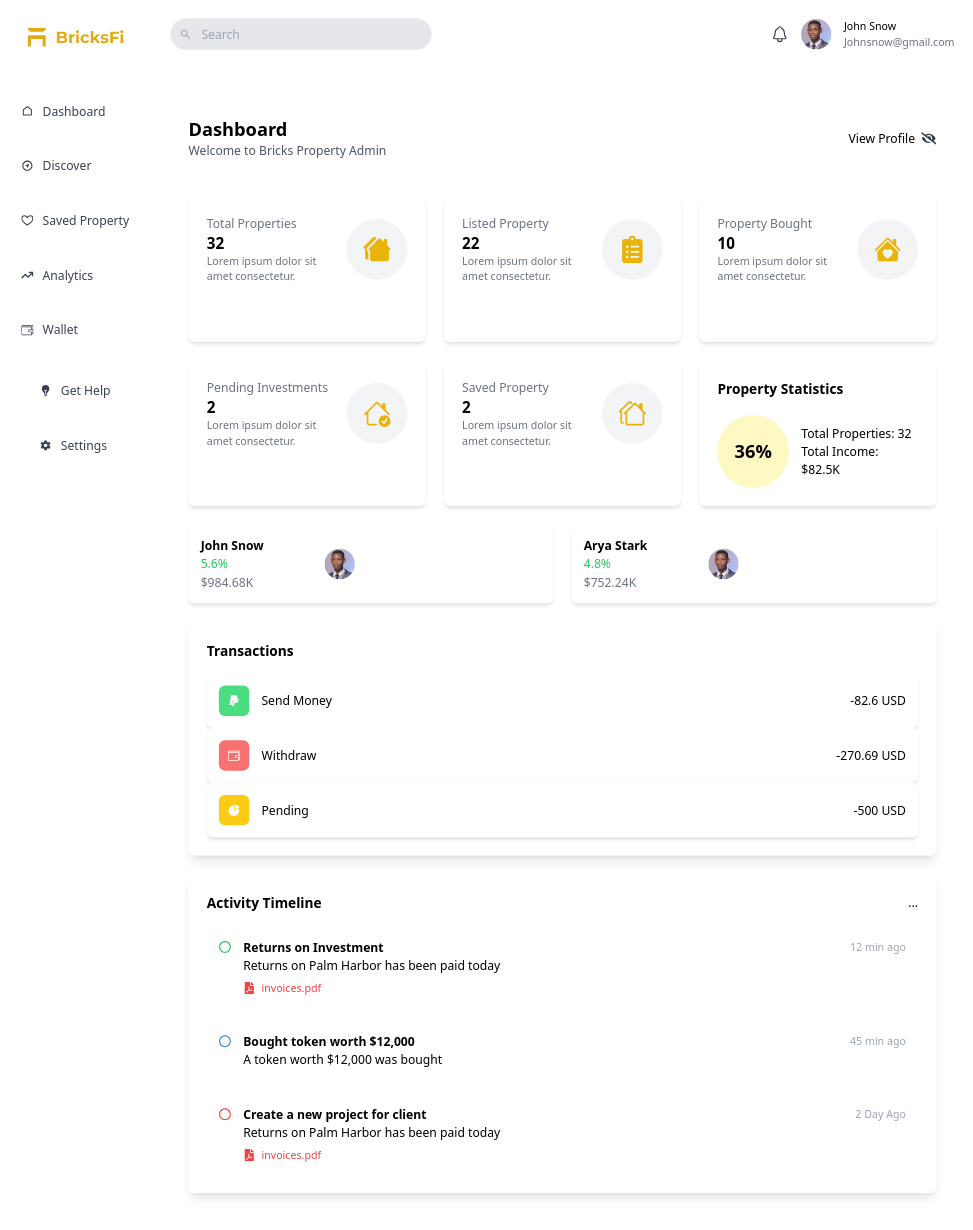
Repository: AyomideAkintade/BricksFi-Frontend
Page: /dashboard (app in client/)
These files come from the project's save history. The page is drawn as it stood at one moment and after the next save; the edit follows.
The browser window is 1280 px wide. The pictures show the whole page, at 76% of full size.
The page's requests for data from a server got no answer. The project was rebuilt for these pictures with package versions that can differ from the ones it lists, and the page was loaded fresh each time. No one was signed in, and anything a server would have sent is missing. Also part of the build but not shown: client/src/components/navbar.jsx, client/src/components/home.jsx, client/src/components/homeSecond.jsx, client/src/components/homeThird.jsx, client/src/components/homeFifth.jsx, client/src/components/homeSixth.jsx, client/src/components/homeSeventh.jsx, client/src/api/base.js and 11 more.

Above is the page before, as saved 2024-10-04 23:11:40.

### client/src/index.css
@import "tailwindcss/base";
@import "tailwindcss/components";
@import "tailwindcss/utilities";


@font-face {
  font-family: Poppins;
  src: url(/src/assets/fonts/Poppins-Regular.ttf) format("truetype"), url(/src/assets/fonts/Poppins-Bold.ttf) format("truetype"), url(/src/assets/fonts/Poppins-Medium.ttf) format("truetype");

}

### client/src/App.js
import { BrowserRouter as Router, Route, Routes } from "react-router-dom";
import Home from "./pages/homePage";
import HomeFourth from "./components/login.jsx";
import HomeEight from "./components/signup.jsx";
import ForgotPasswordPage from "./components/forgotPassword.jsx";
import DashboardLayout from "./pages/dashboardLayout";
import DashboardPage from "./pages/dashboard.jsx";
import PieAnalytics from "./components/analytics.jsx";
import Discover from "./components/discover.jsx";
import SavedPropertyPage from "./components/savedProperties.jsx";
import { ToastContainer } from "react-toastify";
import 'react-toastify/dist/ReactToastify.css';
import { useEffect, useState } from "react";
import { BrCookies } from "./utils/storage/cookies.js";
// import DiscoverPage from "./pages/discover.jsx";
// import SavedPropertyPage from "./pages/savedProperty.jsx";

function App() {

  const [ loggedIn, setLoggedIn ] = useState(false);
  const [ isLoading, setLoading ] = useState(true);

  useEffect(()=>{
    const ck = new BrCookies(document);
    ck.getCookie('authToken')
      .then((value) => {
        setLoggedIn(true);
        setLoading(false);
      })
      .catch((e) => {
        setLoading(false);
        // this.setState({ isLoading: false }); // Set loading to false even if there is an error
      });
  }, [])
  if (isLoading) {
    return <div></div>;
  }

  return (
    <div>
      <ToastContainer limit={5} />
      {loggedIn ?
      <Router>
        <Routes>
          <Route path="*" element={<DashboardLayout />}>
            <Route index element={<DashboardPage />} />
          </Route>
          <Route path="/dashboard" element={<DashboardLayout />}>
            <Route index element={<DashboardPage />} />
            <Route path="discover" element={<Discover/>} />
            <Route path="saved-property" element={<SavedPropertyPage/>} />
            <Route path="analytics" element={<PieAnalytics />} />
          </Route>
        </Routes>
      </Router>
      :
      <Router>
        <Routes>
          {/* Public Routes */}
          <Route path="/" element={<Home />} />
          <Route path="/login" element={<HomeFourth />} />
          <Route path="/signup" element={<HomeEight />} />
          <Route path="/forgot-password" element={<ForgotPasswordPage />} />

          {/* Dashboard Routes with Sidebar and Header */}
          <Route path="/dashboard" element={<DashboardLayout />}>
            <Route index element={<DashboardPage />} />
            <Route path="discover" element={<Discover/>} />
            <Route path="saved-property" element={<SavedPropertyPage/>} />
            <Route path="analytics" element={<PieAnalytics />} />
          </Route>
        </Routes>
      </Router>
      }
    </div>
  );
}

export default App;

### client/src/pages/dashboardLayout.jsx
import React from 'react';
import Sidebar from '../components/sidebar';
import Header from '../components/header';
import { Outlet } from 'react-router-dom';

const DashboardLayout = () => {
  return (
    <div className="flex">
      {/* Sidebar */}
      <Sidebar />

      <div className="flex-1 ml-[200px]">
        {/* Header */}
        <Header />

        <div className="p-6 pt-10">
          {/* Outlet will render the child routes here */}
          <Outlet />
        </div>
      </div>
    </div>
  );
};

export default DashboardLayout;

### client/src/pages/dashboard.jsx
import React from 'react';
import DashboardStats from '../components/statCard';
import TopInvestors from '../components/investorCard';
import Transactions from '../components/transaction';
import ActivityTimeline from '../components/activity';
import { FaEyeSlash } from 'react-icons/fa'; // Make sure to import the icon

const Dashboard = () => {
  return (
    <div className="flex flex-col">
      <div className="flex justify-between p-6">
        <div>
          <h2 className="text-2xl font-semibold">Dashboard</h2>
          <p className="text-gray-600">Welcome to Bricks Property Admin</p>
        </div>
        <div className="flex items-center space-x-2">
          <span>View Profile</span>
          <FaEyeSlash className="text-gray-700 text-xl" />
        </div>
      </div>
      <div className="p-6">
        {/* Dashboard Stats */}
        <DashboardStats />

        {/* Top Investors and Property Stats */}
        <div className=" mt-6">
          <TopInvestors />

        </div>

        {/* Transactions Section */}
        <div className="mt-6">
          <Transactions />
        </div>

        {/* Activity Timeline */}
        <div className="mt-6">
          <ActivityTimeline />
        </div>
      </div>
    </div>
  );
};

export default Dashboard;

### client/src/utils/storage/cookies.js

// eslint-disable-next-line no-unused-vars
class BrCookies {

    constructor(document) {
        this.document = document || (typeof document !== "undefined" ? document : null);
    }

    /**
     *
     * @param {Array<CookieData>} dataList
     */

    saveCookies(dataList){

        if (!Array.isArray(dataList)) {
            throw new Error("Data list must be an array.");
        }

        for (const data of dataList) {
            if (!(data instanceof CookieData)) {
                throw new Error("Invalid cookie data format.");
            }

            // save each cookie
            let cookieValue = `${data.name}=${data.value}; expires=${data.expiryDate.toUTCString()}; path=/`;

            // Set SameSite=None if running on localhost
            if (window.location.hostname !== 'localhost') {

                cookieValue += '; SameSite=Strict; Secure'
            }

            this.document.cookie = cookieValue;
        }
    }

    async getCookie(name) {
        return new Promise((resolve, reject) => {
          const cookies = this.document.cookie.split('; ');
          for (const cookie of cookies) {
            const [cookieName, cookieValue] = cookie.split('=');
            if (cookieName === name) {
              resolve(cookieValue);
              return;
            }
          }
          reject(new Error(`Cookie with name ${name} not found.`));
        });
    }

    removeCookie(name) {
        this.document.cookie = name + "=;Path=/;expires=Thu, 01 Jan 1970 00:00:00 GMT";
    }

    removeAllCookies() {
        const cookies = this.document.cookie.split(";");
        for (var i = 0; i < cookies.length; i++) {
            const cookie = cookies[i];
            const eqPos = cookie.indexOf("=");
            const name = eqPos > -1 ? cookie.substr(0, eqPos) : cookie;
            document.cookie = name + "=;Path=/;expires=Thu, 01 Jan 1970 00:00:00 GMT";
        }
    }
}


class CookieData {
    constructor(name, value, expiryDate) {

        if (typeof name !== "string" || typeof value !== "string" || !(expiryDate instanceof Date) || name.length === 0) {
            throw new Error("Invalid CookieData format.");
        }

        this.name = name;
        this.value = value;
        this.expiryDate = expiryDate;
    }
}

function createCookieDate(timeInSec) {

    const timeInDays = timeInSec / (3600 * 24);

    const currentDate = new Date();

    const futureDate = new Date();
    futureDate.setDate(currentDate.getDate() + timeInDays);


    return futureDate
}


export { BrCookies, CookieData, createCookieDate };

### client/src/components/sidebar.jsx
import React from 'react';
import { Link } from 'react-router-dom';
import { RiHomeLine } from "react-icons/ri";
import { RiCompassDiscoverLine } from "react-icons/ri";
import { GrFavorite } from "react-icons/gr";
import { FaArrowTrendUp } from "react-icons/fa6";
import { TfiWallet } from "react-icons/tfi";
import { IoBulbSharp } from "react-icons/io5";
import { IoMdSettings } from "react-icons/io";
import BricksFi from "../assets/bricksfi.svg"

const Sidebar = () => {
  return (
    <aside className="bg-white h-screen w-[15%] fixed p-3 min-w-[200px]">
      <div className="p-6">
        <img
        src={BricksFi}
        alt='BricksFi'
        className='w-full'
        />
      </div>
      <nav className="mt-8">
        <ul className="space-y-4">
          <li className="p-4 hover:bg-yellow-100">
            <Link to="/dashboard" className="flex items-center text-gray-700">
              <RiHomeLine className="mr-3" /> Dashboard
            </Link>
          </li>
          <li className="p-4 hover:bg-yellow-100">
            <Link to="/dashboard/discover" className="flex items-center text-gray-700">
              <RiCompassDiscoverLine className="mr-3" /> Discover
            </Link>
          </li>
          <li className="p-4 hover:bg-yellow-100">
            <Link to="/dashboard/saved-property" className="flex items-center text-gray-700">
              <GrFavorite className="mr-3" /> Saved Property
            </Link>
          </li>
          <li className="p-4 hover:bg-yellow-100">
            <Link to="/dashboard/analytics" className="flex items-center text-gray-700">
              <FaArrowTrendUp className="mr-3" /> Analytics
            </Link>
          </li>
          <li className="p-4 hover:bg-yellow-100">
            <Link to="/dashboard/wallet" className="flex items-center text-gray-700">
              <TfiWallet className="mr-3" /> Wallet
            </Link>
          </li>
        </ul>
      </nav>
      <div className="mt-auto p-6">
        <ul className="space-y-4">
          <li className="p-4 hover:bg-yellow-100">
            <Link to="/" className="flex items-center text-gray-700">
              <IoBulbSharp className="mr-3" /> Get Help
            </Link>
          </li>
          <li className="p-4 hover:bg-yellow-100">
            <Link to="/" className="flex items-center text-gray-700">
              <IoMdSettings className="mr-3" /> Settings
            </Link>
          </li>
        </ul>
      </div>
    </aside>
  );
};

export default Sidebar;

### client/src/components/header.jsx
import React from 'react';
import COCO from "../assets/clem.jpeg"
import { IoMdSearch } from "react-icons/io";
import { IoNotificationsOutline } from "react-icons/io5";

const Header = () => {
  return (
    <div className="w-full flex justify-between items-center p-6 bg-white sticky top-0 z-50" >
      {/* style={{boxShadow: "1px 1px 20px -8px #0000001A"}} */}
      <div className="relative w-1/3">
        <input
          type="text"
          placeholder="Search"
          className="p-2 pl-10 w-full border rounded-full bg-gray-200 text-black focus:outline-none"
        />
        <IoMdSearch className="absolute left-3 top-1/2 transform -translate-y-1/2 text-gray-400" />
      </div>
      <div className="flex items-center space-x-4">
        <IoNotificationsOutline className="text-gray-700 text-2xl" />
        <img
          src={COCO}
          alt="profile"
          className="rounded-full h-10 w-10"
        />
        <div className="">
          <span className="block text-sm font-medium">John Snow</span>
          <span className="block text-sm text-gray-500">Johnsnow@gmail.com</span>
        </div>
      </div>
    </div>
  );
};

export default Header;

### client/src/components/statCard.jsx
import { BsFillHousesFill, BsHouseCheck, BsFillHouseHeartFill, BsHouses } from "react-icons/bs";
import { FaClipboardList } from "react-icons/fa";
import PropertyStatistics from '../components/propertyStatistic';


const StatCard = ({ title, value, icon, paragraph }) => {
    return (
        <div className="bg-white shadow-md rounded-lg p-6 h-48 flex flex-col justify-between">
            <div className="flex items-center space-x-4">
                <div className="flex-1">
                    <h3 className="text-gray-500">{title}</h3>
                    <h2 className="text-xl font-semibold">{value}</h2>
                    <p className="text-md text-gray-500 text-sm">{paragraph}</p>
                </div>
                <div className="flex items-center justify-center w-20 h-20 bg-gray-100 rounded-full text-yellow-500 text-4xl">
                    {icon}
                </div>
            </div>
        </div>
    );
};


const DashboardStats = () => {
    return (
        <div className="grid grid-cols-1 md:grid-cols-3 gap-6">
            <StatCard
                title="Total Properties"
                value="32"
                paragraph="Lorem ipsum dolor sit amet consectetur."
                icon={<BsFillHousesFill />}
            />
            <StatCard
                title="Listed Property"
                value="22"
                paragraph="Lorem ipsum dolor sit amet consectetur."
                icon={<FaClipboardList />}
            />
            <StatCard
                title="Property Bought"
                value="10"
                paragraph="Lorem ipsum dolor sit amet consectetur."
                icon={<BsFillHouseHeartFill />}
            />
            <StatCard
                title="Pending Investments"
                value="2"
                paragraph="Lorem ipsum dolor sit amet consectetur."
                icon={<BsHouseCheck />}
            />
             <StatCard
                title="Saved Property"
                value="2"
                paragraph="Lorem ipsum dolor sit amet consectetur."
                icon={<BsHouses />}
            />


                <PropertyStatistics />

        </div>
    );
};

export default DashboardStats;

### client/src/components/investorCard.jsx
import Clem from "../assets/clem.jpeg";


const InvestorCard = ({ name, investment, profit }) => {
    return (
      <div className="flex items-center p-4 bg-white shadow-md rounded-lg">

        <div>
          <h3 className="font-semibold">{name}</h3>
          <p className="text-green-500"> {profit}</p>
          <p className="text-gray-500"> {investment}</p>
        </div>

        <img
          src={Clem}
          alt={name}
          className="rounded-full h-10 w-10 ml-20"
        />
      </div>
    );
  };

  const TopInvestors = () => {
    return (
      <>
        {/* <h2 className="text-lg font-semibold mb-4">Top Investors</h2> */}
        <div className="grid grid-cols-1 md:grid-cols-2 gap-6">
          <InvestorCard name="John Snow" investment="$984.68K" profit="5.6%" />
          <InvestorCard name="Arya Stark" investment="$752.24K" profit="4.8%" />
        </div>
      </>
    );
  };

  export default TopInvestors;

### client/src/components/transaction.jsx
import { FaPaypal } from "react-icons/fa6";
import { TfiWallet } from "react-icons/tfi";
import { GiPieChart } from "react-icons/gi";

const TransactionItem = ({ icon, description, amount, bgColor }) => {
    return (
        <div className="flex justify-between items-center p-4 bg-white shadow-md rounded-lg">
            {/* Icon and Description in a row */}
            <div className="flex items-center space-x-4">
                {/* Icon with dynamic background and rounded shape */}
                <div className={`p-3 ${bgColor} rounded-lg text-white`}>
                    {icon}
                </div>
                <span>{description}</span>
            </div>

            {/* Amount */}
            <div>
                <span>{amount}</span>
            </div>
        </div>
    );
};

const Transactions = () => {
    return (
        <div className="bg-white p-6 shadow-lg rounded-lg">
            <h2 className="text-lg font-semibold mb-4">Transactions</h2>
            {/* Different background colors for each transaction */}
            <TransactionItem
                icon={<FaPaypal />}
                description="Send Money"
                amount="-82.6 USD"
                bgColor="bg-green-400"  // Green background
            />
            <TransactionItem
                icon={<TfiWallet />}
                description="Withdraw"
                amount="-270.69 USD"
                bgColor="bg-red-400"    // Red background
            />
            <TransactionItem
                icon={<GiPieChart />}
                description="Pending"
                amount="-500 USD"
                bgColor="bg-yellow-400" // Yellow background
            />
        </div>
    );
};

export default Transactions;

### client/src/components/activity.jsx
import React from 'react';
import { FaRegCircle, FaFilePdf } from 'react-icons/fa'; // Import necessary icons

const ActivityItem = ({ title, description, time, file, color }) => {
    return (
        <div className="flex items-start space-x-4 p-4">
            <div className="mt-1">
                {/* The color prop determines the icon color */}
                <FaRegCircle className={`${color}`} />
            </div>
            <div className="flex-1">
                <div className="flex justify-between items-center">
                    <h4 className="font-semibold">{title}</h4>
                    <span className="text-gray-400 text-sm">{time}</span>
                </div>
                <p>{description}</p>
                {file && (
                    <div className="flex items-center mt-2 text-red-500">
                        <FaFilePdf />
                        <span className="ml-2 text-sm">{file}</span>
                    </div>
                )}
            </div>
        </div>
    );
};

const ActivityTimeline = () => {
    return (
        <div className="bg-white p-6 shadow-lg rounded-lg">
            <div className="flex justify-between items-center mb-4">
                <h2 className="text-lg font-semibold">Activity Timeline</h2>
                <div>...</div>
            </div>
            <div className="space-y-4">
                <ActivityItem
                    title="Returns on Investment"
                    description="Returns on Palm Harbor has been paid today"
                    time="12 min ago"
                    file="invoices.pdf"
                    // Blue icon
                    color="text-green-500"
                />
                <ActivityItem
                    title="Bought token worth $12,000"
                    description="A token worth $12,000 was bought"
                    time="45 min ago"
                    color="text-blue-500" // Green icon
                />
                <ActivityItem
                    title="Create a new project for client"
                    description="Returns on Palm Harbor has been paid today"
                    time="2 Day Ago"
                    file="invoices.pdf"
                    color="text-red-500" // Red icon
                />
            </div>
        </div>
    );
};

export default ActivityTimeline;

### client/src/components/propertyStatistic.jsx
import React from 'react';

const PropertyStatistics = () => {
    return (
        <div className="bg-white shadow-md rounded-lg p-6 flex flex-col justify-between">
            <h2 className="text-lg font-semibold mb-4">Property Statistics</h2>
            <div className="flex items-center space-x-4">
                {/* Property Stats Circle Graph */}
                <div className="w-24 h-24 bg-yellow-100 rounded-full flex items-center justify-center">
                    <span className="text-2xl font-bold">36%</span>
                </div>
                <div>
                    <p>Total Properties: 32</p>
                    <p>Total Income: $82.5K</p>
                </div>
            </div>
        </div>
    );
};

export default PropertyStatistics;

### client/tailwind.config.js
/** @type {import('tailwindcss').Config} */
module.exports = {
  content: ["./src/**/*.{html,js,jsx}"],
  theme: {
    extend: {
      fontFamily: {
        Poppins: ['Poppins'],
      }
    },
    screens: {
      sm: '640px',
      // => @media (min-width: 640px) { ... }

      md: '768px',
      // => @media (min-width: 768px) { ... }

      lg: '1024px',
      // => @media (min-width: 1024px) { ... }

      xl: '1280px',
      // => @media (min-width: 1280px) { ... }

      '2xl': '1536px',
      // => @media (min-width: 1536px) { ... }
      'custombp': {'raw': '(min-height: 375px),(min-width:768px)'}
    },
  },
  plugins: [],
}

Loaded but not shown: client/public/index.html (common file); client/src/index.js (common file); client/src/reportWebVitals.js (common file)

After the next save:
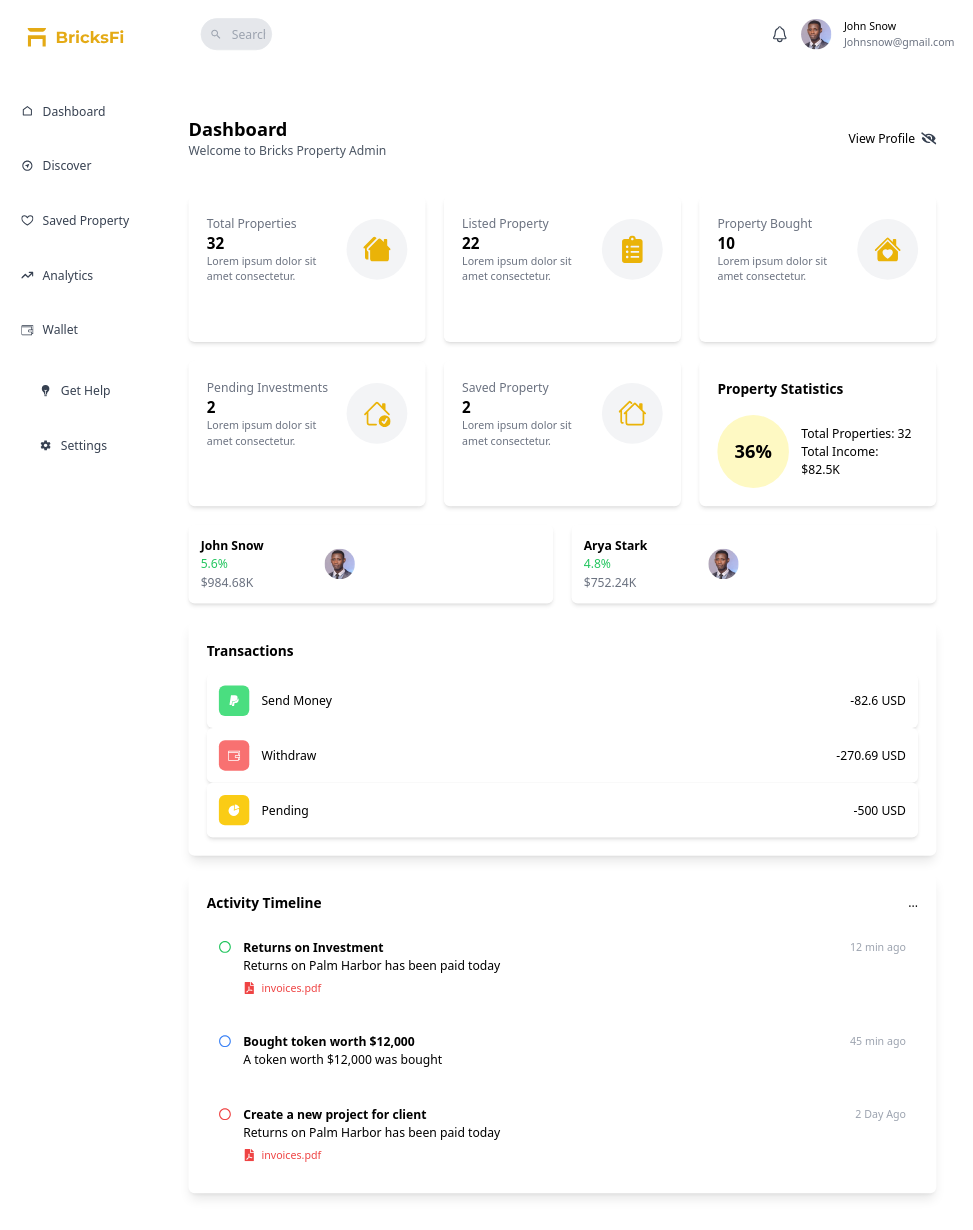
Saved 18 s later.
--- a/client/src/components/header.jsx
+++ b/client/src/components/header.jsx
@@ -7,6 +7,7 @@ const Header = () => {
   return (
     <div className="w-full flex justify-between items-center p-6 bg-white sticky top-0 z-50" >
       {/* style={{boxShadow: "1px 1px 20px -8px #0000001A"}} */}
+      <div className='px-10'>
       <div className="relative w-1/3">
         <input
           type="text"
@@ -14,6 +15,7 @@ const Header = () => {
           className="p-2 pl-10 w-full border rounded-full bg-gray-200 text-black focus:outline-none"
         />
         <IoMdSearch className="absolute left-3 top-1/2 transform -translate-y-1/2 text-gray-400" />
+      </div>
       </div>
       <div className="flex items-center space-x-4">
         <IoNotificationsOutline className="text-gray-700 text-2xl" />
